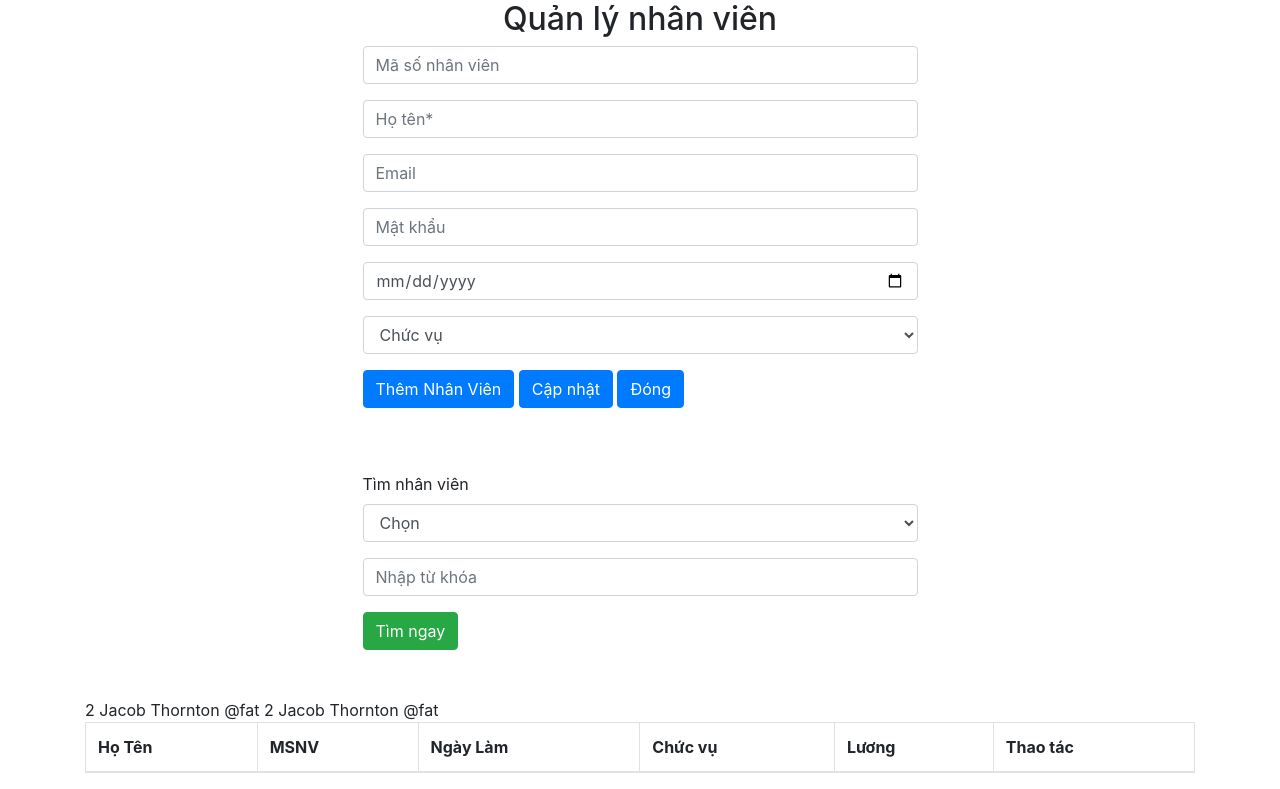
Repository: dovanthao2404/quanlynhanvien
Page: index.html
These files come from the project's save history. The page is drawn as it stood at one moment and after a run of saves; the edit follows.
The browser window is 1280 px wide. The pictures show the whole page.

Above is the page before, as saved 2021-06-30 00:46:11.

### index.html
<!DOCTYPE html>
<html lang="en">

<head>
  <meta charset="UTF-8">
  <meta http-equiv="X-UA-Compatible" content="IE=edge">
  <meta name="viewport" content="width=device-width, initial-scale=1.0">
  <title>Quan Ly Nhan Vien</title>
  <!-- BOOTSTRAP  -->
  <link rel="stylesheet" href="https://cdn.jsdelivr.net/npm/bootstrap@4.6.0/dist/css/bootstrap.min.css"
    integrity="sha384-B0vP5xmATw1+K9KRQjQERJvTumQW0nPEzvF6L/Z6nronJ3oUOFUFpCjEUQouq2+l" crossorigin="anonymous">
  <!-- MAIN CSS -->
  <link rel="stylesheet" href="./css/style.css">
</head>

<body>
  <div class="main">
    <div class="add-staff">
      <div class="container">
        <form>
          <div class="row">
            <div class="col">
              <div class="add-staff__content w-50 mx-auto">
                <div class="add-staff-title">
                  <h2 id="header-title" class="text-center">Quản lý nhân viên</h2>
                </div>
                <div class="form-group">
                  <input type="text" class="form-control" id="msnv" placeholder="Mã số nhân viên">
                  <span id="thongBaoMNV" class="sp-thongbao text-danger"></span>
                </div>
                <div class="form-group">
                  <input type="text" class="form-control" id="hoTen" placeholder="Họ tên*">
                  <span id="thongBaoHo" class="sp-thongbao text-danger"></span>
                </div>
                <div class="form-group">
                  <input type="text" class="form-control" id="email" placeholder="Email">
                  <span id="thongBaoMNV" class="sp-thongbao text-danger"></span>
                </div>
                <div class="form-group">
                  <input type="password" class="form-control" id="matKhau" placeholder="Mật khẩu">
                  <span id="thongBaoMNV" class="sp-thongbao text-danger"></span>

                </div>
                <div class="form-group">
                  <input type="date" class="form-control" id="ngayLam">
                  <span id="thongBaoNgayLam" class="sp-thongbao text-danger"></span>

                </div>
                <div class="form-group">
                  <select id="chucVu" class="form-control">
                    <option selected>Chức vụ</option>
                    <option>Sếp</option>
                    <option>Trưởng Phòng</option>
                    <option>Nhân Viên</option>
                  </select>
                  <span id="thongBaoChucVu" class="sp-thongbao text-danger"></span>

                </div>
                <div class="form-group">

                  <button class="btn btn-primary" type="button" id="btnThemNhanVien">Thêm Nhân Viên</button>
                  <button class="btn btn-primary" type="button" id="btnCapNhat">Cập nhật</button>
                  <button class="btn btn-primary" type="button" id="btnDong">Đóng</button>
                </div>
              </div>
            </div>
          </div>

        </form>
      </div>
    </div>
    <div class="search-staff my-5">
      <div class="container">
        <div class="add-staff__content w-50 mx-auto">
          <div class="form-group">
            <label for="">Tìm nhân viên</label>
            <select id="" class="form-control">
              <option selected>Chọn</option>
              <option>Theo Tên</option>
              <option>Theo mã</option>
            </select>
            <span class="sp-thongbao text-danger"></span>
          </div>
          <div class="form-group">
            <input class="form-control" type="text" placeholder="Nhập từ khóa">
          </div>
          <div class="form-group">
            <input class="btn btn-success" type="button" value="Tìm ngay">
          </div>
        </div>
      </div>
    </div>
  </div>

  <div class="list-staff">
    <div class="container">
      <div id="list-staff__content">
        <table class="table table-bordered">
          <thead>
            <tr>
              <th scope="col">Họ Tên</th>
              <th scope="col">MSNV</th>
              <th scope="col">Ngày Làm</th>
              <th scope="col">Chức vụ</th>
              <th scope="col">Lương</th>
              <th scope="col">Thao tác</th>
            </tr>
          </thead>
          <tboby id="tableDanhSach">

          </tboby>
        </table>
      </div>
    </div>
  </div>
  <!-- BOOSTRAP -->
  <script src="https://code.jquery.com/jquery-3.5.1.slim.min.js"
    integrity="sha384-DfXdz2htPH0lsSSs5nCTpuj/zy4C+OGpamoFVy38MVBnE+IbbVYUew+OrCXaRkfj"
    crossorigin="anonymous"></script>
  <script src="https://cdn.jsdelivr.net/npm/bootstrap@4.6.0/dist/js/bootstrap.bundle.min.js"
    integrity="sha384-Piv4xVNRyMGpqkS2by6br4gNJ7DXjqk09RmUpJ8jgGtD7zP9yug3goQfGII0yAns"
    crossorigin="anonymous"></script>
  <script src="./js/NhanVien.js"></script>
  <script src="js/CongTy.js"></script>
  <script src="js/main.js"></script>
</body>

</html>

### js/NhanVien.js
class NhanVien {

  constructor(maNV, hoTen, email, matKhau, ngayLamViec, chucVu) {
    this.maNV = maNV;
    this.hoTen = hoTen;
    this.email = email;
    this.matKhau = matKhau;
    this.ngayLamViec = ngayLamViec;
    this.chucVu = chucVu;
    this.mangDoiChieu = [this.maNV, this.hoTen, this.email
      , this.matKhau, this.ngayLamViec, this.chucVu];
  }
}

### js/CongTy.js
class CongTy {
  constructor() {
    this.DanhSachNhanVien = [];
  }
  // Phương thức thêm nhân viên mới vào mảng (thuộc tính) DanhSachNhanVien
  ThemNhanVien(nhanVienMoi) {
    this.DanhSachNhanVien = [...this.DanhSachNhanVien, nhanVienMoi];
  }

  // Phước thức tìm nhân viên theo mã nhân viên, trả về vị trí nhân viên trong mảng DanhSachNhanVien
  TimViTriNhanVien(maNV) {
    // return this.DanhSachNhanVien.find(nhanVien => nhanVien.maNV === maNV)
    for (let viTri in this.DanhSachNhanVien) {
      if (this.DanhSachNhanVien[viTri].maNV === maNV) {
        return viTri;
      }
    }
    return -1;
  }

  // Tìm nhân viên theo mã trả về nhân viên
  TimNhanVienTheoMa(maNV) {
    let viTri = this.TimViTriNhanVien(maNV);
    if (viTri != -1) {
      return this.DanhSachNhanVien[viTri];
    } else {
    }
  }

  // Xóa nhân viên theo mã
  XoaNhanVien(maNV) {
    let viTri = this.TimViTriNhanVien(maNV);
    if (viTri != -1) {
      this.DanhSachNhanVien.splice(viTri, 1);
    } else {
    }
  }

  // Sửa nhân viên
  SuaNhanVien(nhanVien) {
    let viTri = this.TimViTriNhanVien(nhanVien.maNV);
    this.DanhSachNhanVien[viTri] = nhanVien;
  }

  // Tìm nhân viên theo tên --> trả về danh sách nhân viên
  TimNhanVienTheoTen(hoTen) {
    let dskq = new CongTy();
    hoTen = hoTen.trim().toUpperCase();
    for (let nhanVien of this.DanhSachNhanVien) {
      let hoTenNV = nhanVien.hoTen.trim().toUpperCase();
      if (hoTenNV.search(hoTen) !== -1) {
        dskq.ThemNhanVien(nhanVien);
      }
    }
    return dskq;
  }
}

### js/main.js
function getEle(ele) {
  return document.getElementById(ele);
}

var congTy = new CongTy();
var nhanVienMoi = new NhanVien('1', "Do Van Thao", 'abc@gmail.com', 'truongthikhanhngan', 'ngayLamViec', 'chucVu');
congTy.ThemNhanVien(nhanVienMoi);
nhanVienMoi = new NhanVien('2', "Truong Thi Khanh Ngan", 'abc@gmail.com', 'truongthikhanhngan', 'ngayLamViec', 'chucVu');
congTy.ThemNhanVien(nhanVienMoi);

// Ham goi modal popup: Them Nhan Vien or Sua thong tin nhan vien
GoiModal = (modal_title, readonly = false, type = 1) => {
  // type = 1: them nhan vien, type = 2: sua thong tin
  getEle('header-title').innerHTML = modal_title;
  getEle('msnv').readonly = readonly;

  switch (type) {
    case 1: //Them nhanVien
      getEle("btnThemNhanVien").style.display = "inline-block";
      getEle("btnCapNhat").style.display = "none";
      getEle("btnDong").style.display = "inline-block";
      break;

    case 2:
      getEle("btnCapNhat").style.display = "inline-block";
      getEle("btnThemNhanVien").style.display = "none";
      getEle("btnDong").style.display = "inline-block";
      break;
  }
}

// Reset form
XoaForm = () => {
  let elements = document.getElementsByTagName('input');
  for (let element of elements) {
    element.value = '';
  }
  document.getElementById('chucVu').selectedIndex = 0;
}

let trangHienThi = 1;
// HienThiDanhSach = (dsnv) => {
//   let tbody = getEle("tableDanhSach");
//   let htmls = '';
//   let soNV = dsnv.length;
//   for (let i = 0; i < soNV; i++) {
//     htmls += `<tr>
//       <th scope="row">${dsnv[i].maNV}</th>
//       <td>Jacob</td>
//       <td>Thornton</td>
//       <td>@fat</td>
//       <td>Jacob</td>
//       <td>Thornton</td>
//       <td>
//         <button class="btn btn-warning" id="sua">Sửa</button>
//         <button class="btn btn-danger" id="xoa">Xóa</button>
//       </td>
//     </tr>`
//   }
//   tbody.innerHTML = htmls;
// }
// HienThiDanhSach(congTy.DanhSachNhanVien);

function xuatRow(dsnv) {
  // var table = document.getElementById('table-body');
  let tbody = getEle("tableDanhSach");
  var htmls = ''
  let soNV = dsnv.length;
  for (let i = 0; i < soNV; i++) {
    htmls += `
    <tr>
      <th scope="row">2</th>
      <td>Jacob</td>
      <td>Thornton</td>
      <td>@fat</td>
    </tr>
    `
  }
  tbody.innerHTML = htmls;
}
xuatRow(congTy.DanhSachNhanVien);

Loaded but not shown: css/style.css (common file)

After the next 3 saves:
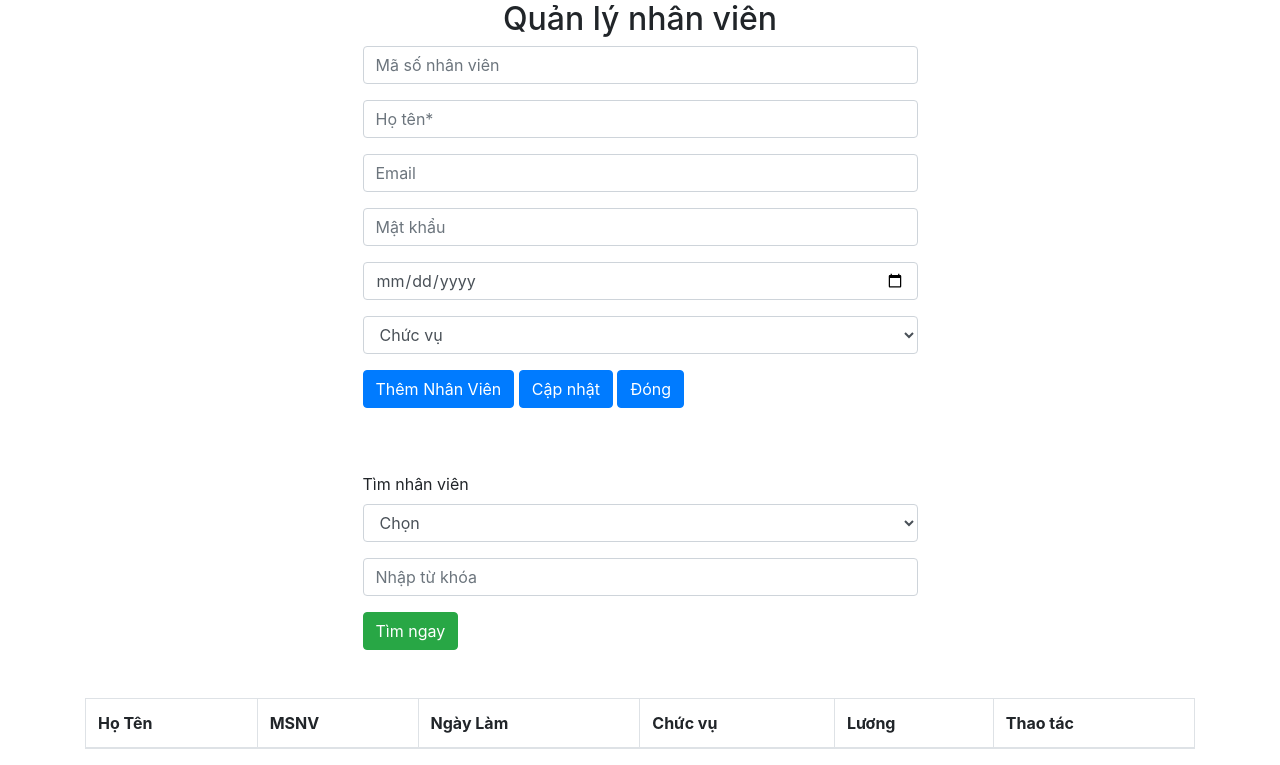
Console error: ReferenceError: tbody is not defined
The 3 saves are shown as one change because they came seconds apart.
The last was saved 9 s later.
--- a/js/main.js
+++ b/js/main.js
@@ -62,8 +62,8 @@
 // HienThiDanhSach(congTy.DanhSachNhanVien);
 
 function xuatRow(dsnv) {
-  // var table = document.getElementById('table-body');
-  let tbody = getEle("tableDanhSach");
+  var table = document.getElementById('tableDanhSach');
+  // let tbody = getEle("tableDanhSach");
   var htmls = ''
   let soNV = dsnv.length;
   for (let i = 0; i < soNV; i++) {

After the save that followed:
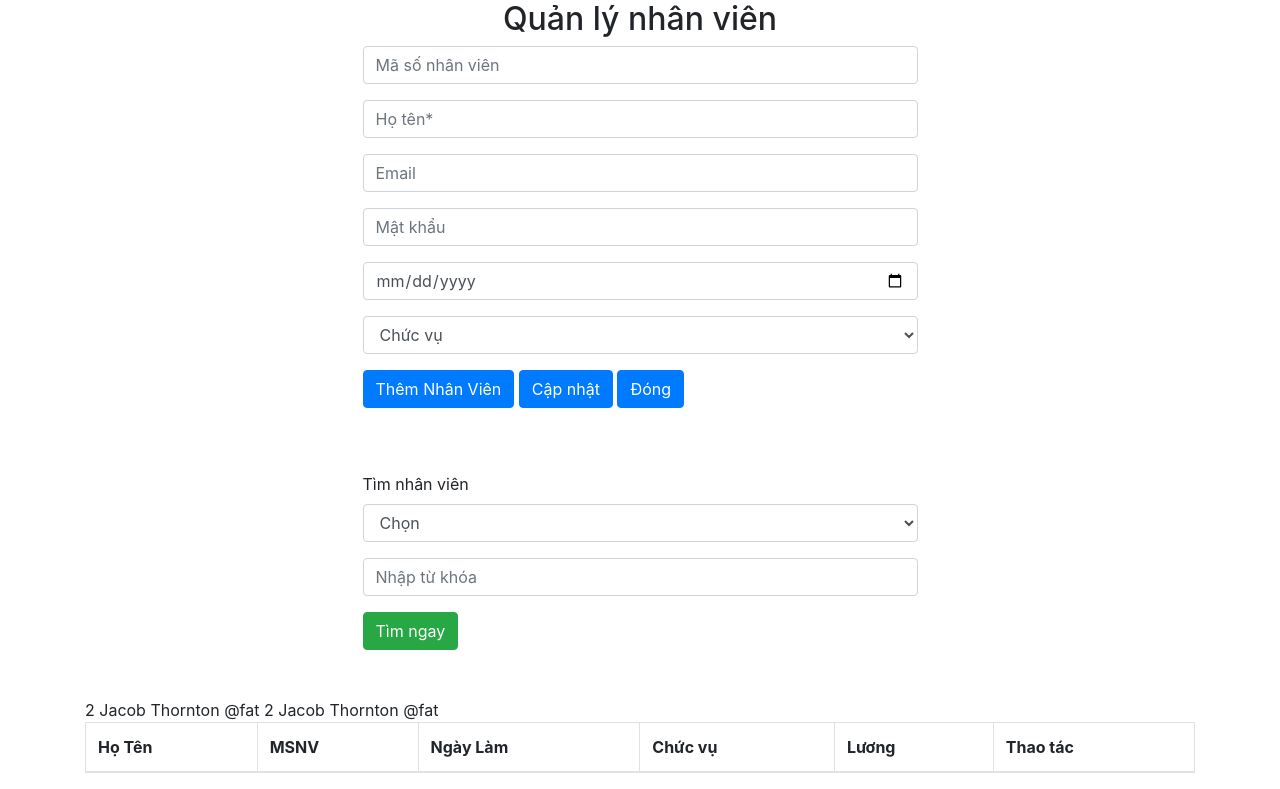
The error is gone.
Saved 5 s later.
--- a/js/main.js
+++ b/js/main.js
@@ -62,7 +62,7 @@
 // HienThiDanhSach(congTy.DanhSachNhanVien);
 
 function xuatRow(dsnv) {
-  var table = document.getElementById('tableDanhSach');
+  var tbody = document.getElementById('tableDanhSach');
   // let tbody = getEle("tableDanhSach");
   var htmls = ''
   let soNV = dsnv.length;
